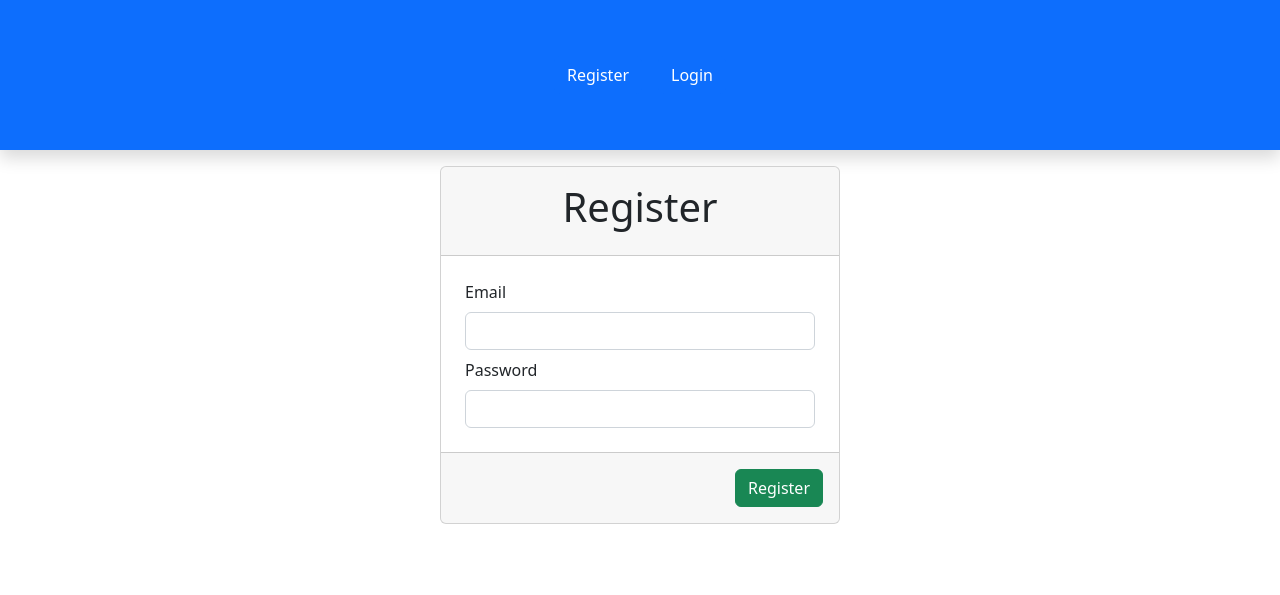
Repository: loveleii/firebase-login-logout
Page: /
The author's editor kept a copy of each file at every save. The page is drawn from the files as they stood at one save, then again after a run of saves.
The browser window is 1280 px wide. The pictures show the whole page.
The page's requests for data from a server got no answer. The project was rebuilt for these pictures with package versions that can differ from the ones it lists, and the page was loaded fresh each time. No one was signed in, and anything a server would have sent is missing. Also part of the build but not shown: vite.config.ts, src/views/loginView.vue, src/assets/main.css.

Above is the page before, as saved 2023-03-04 19:58:39.

After the next 4 saves:
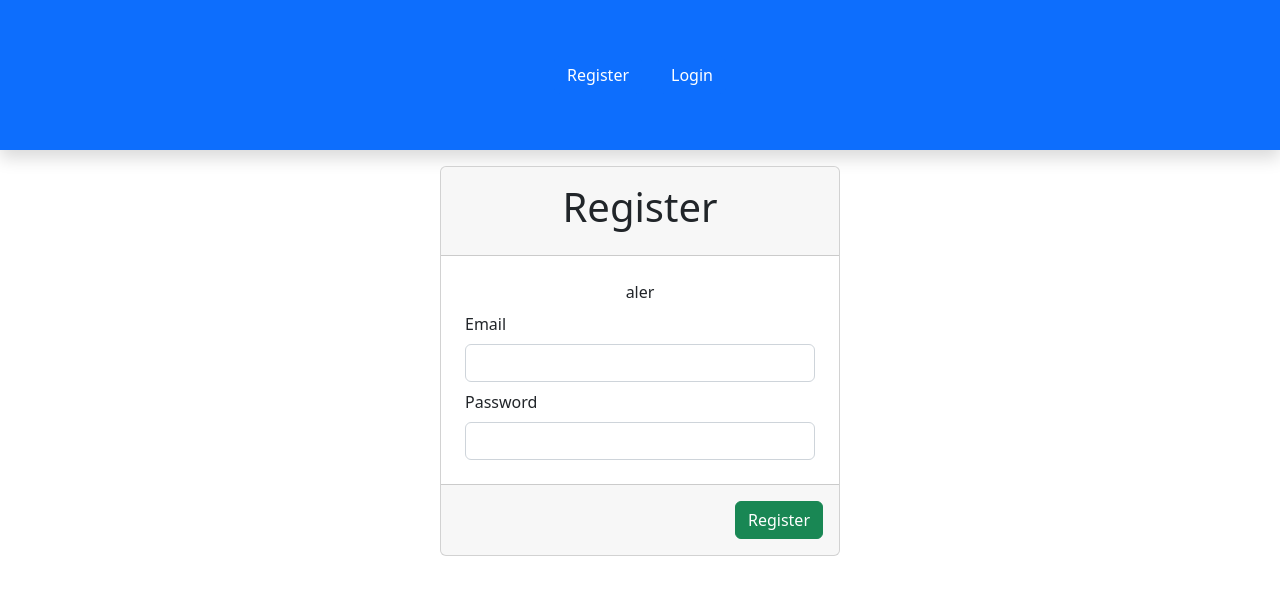
The 4 saves are shown as one change because they came seconds apart.
The last was saved 12 s later.
--- a/src/views/registerView.vue
+++ b/src/views/registerView.vue
@@ -4,7 +4,9 @@
             <h1>Register</h1>
         </div>
         <div class="card-body float-left">
-            <div class="form-group"></div>
+            <div class="form-group m-2">
+                aler
+            </div>
             <div class="form-group m-2">
                 <label for="" class="form-label float-start">Email</label>
                 <input type="text" name="" id="" class="form-control" v-model="email">

After the save that followed:
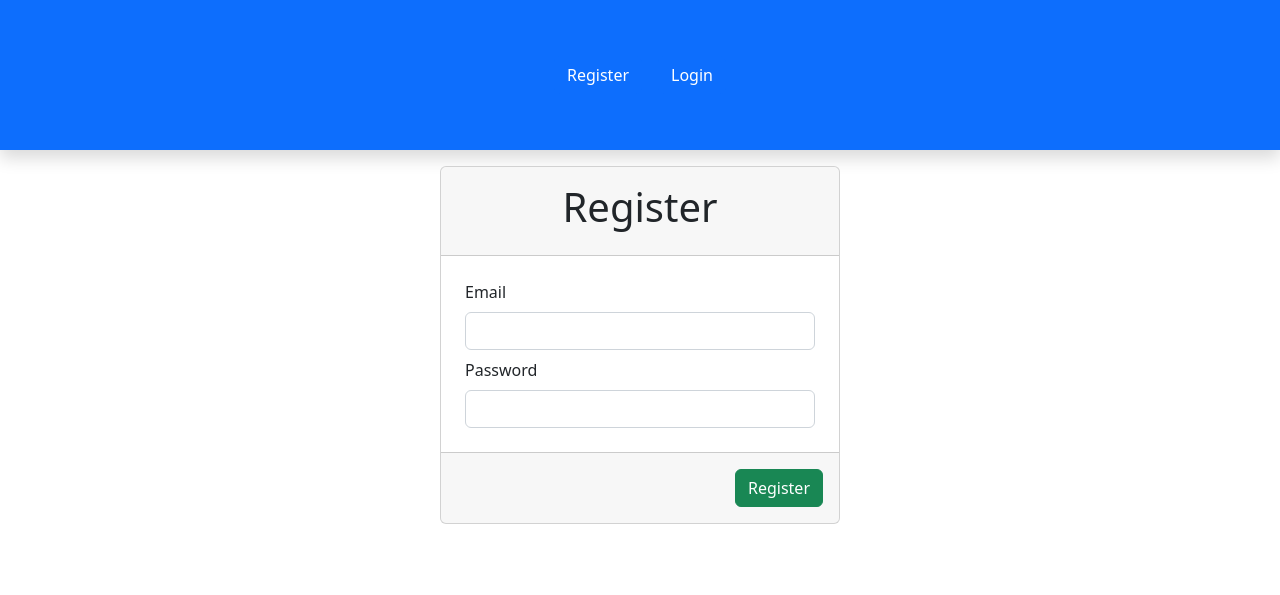
Saved 6 s later.
--- a/src/views/registerView.vue
+++ b/src/views/registerView.vue
@@ -5,7 +5,7 @@
         </div>
         <div class="card-body float-left">
             <div class="form-group m-2">
-                aler
+
             </div>
             <div class="form-group m-2">
                 <label for="" class="form-label float-start">Email</label>
